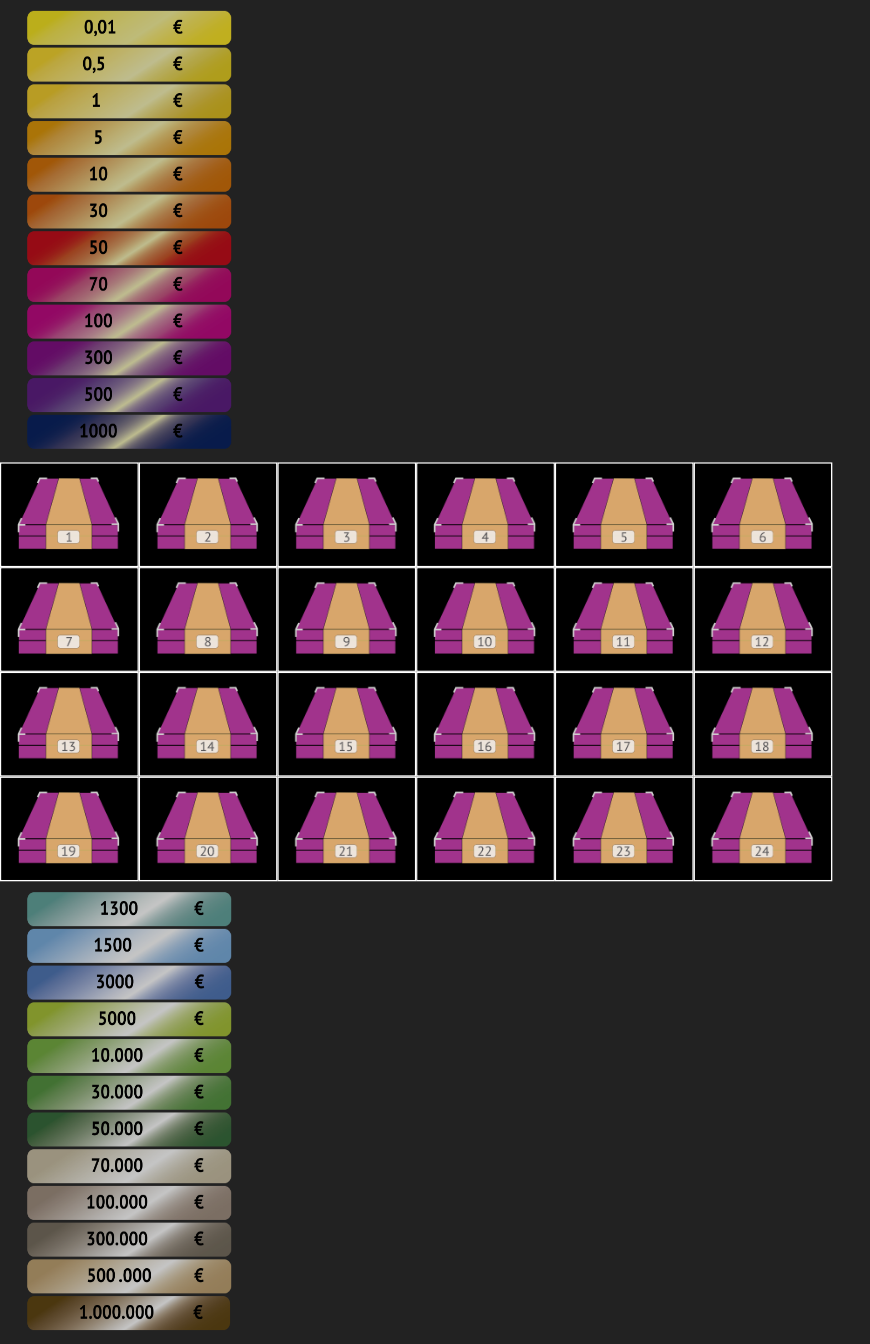
Repository: elnacp/Deal_or_no_deal
Page: DealOrNoDeal/index.html
The author's editor kept a copy of each file at every save. The page is drawn from the files as they stood at one save, then again after the next save.
The browser window is 1280 px wide. The pictures show the whole page, at 68% of full size.
Some web libraries are served in a nearby version.

Above is the page before, as saved 2017-11-26 00:14:25.

After the next save:
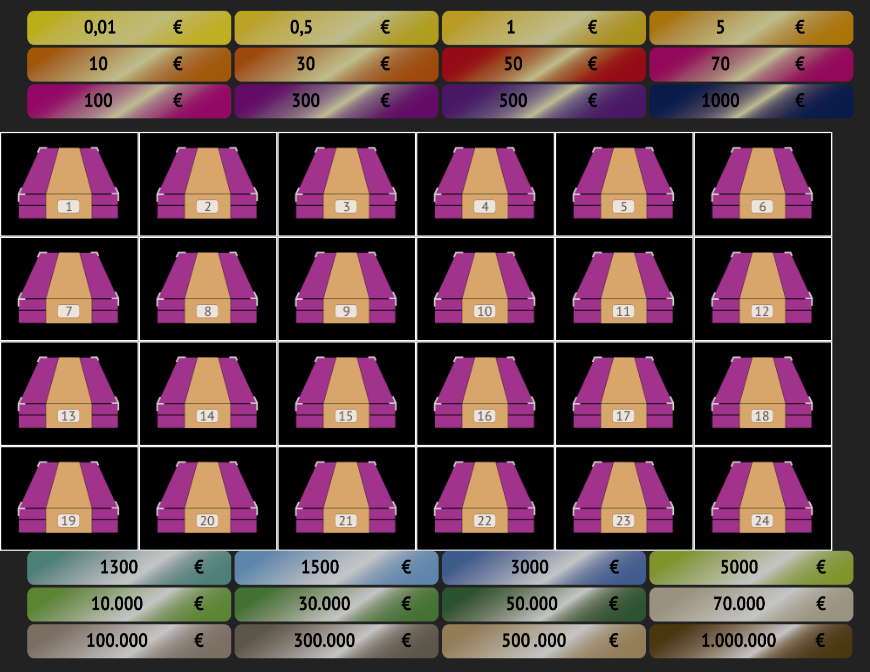
Saved 23 h 18 min later.
--- a/DealOrNoDeal/css/style.css
+++ b/DealOrNoDeal/css/style.css
@@ -23,21 +23,7 @@ body {
 }*/
 
 
-#left{
-	float:left;
-	width:300px;
 
-}
-
-#center{
-	float:left;
-	width: 900px;;
-}
-
-#right{
-	float:left;
-	width: 300px;;
-}
 
 
 
